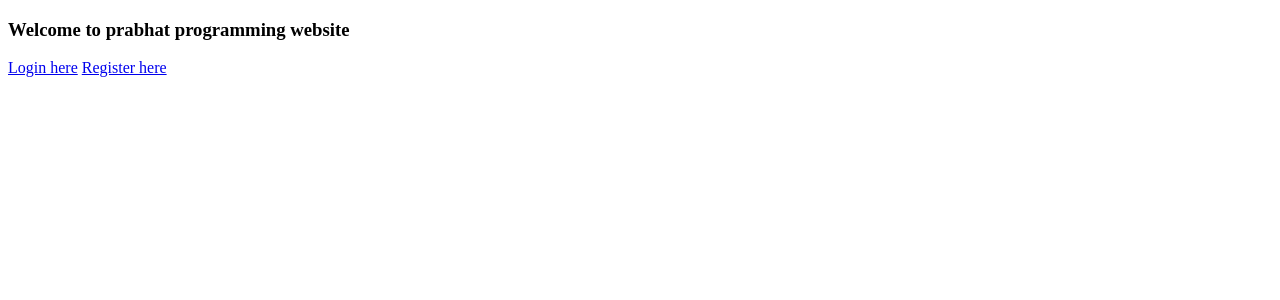
Repository: Prabhat-pandey31/Spring1
Page: MVCDesignPattern/src/main/webapp/index.html
The author's editor kept a copy of each file at every save. The page is drawn from the files as they stood at one save, then again after the next save.
The browser window is 1280 px wide. The pictures show the whole page.

Above is the page before, as saved 2024-06-03 05:42:33.

### MVCDesignPattern/src/main/webapp/index.html
<!DOCTYPE html>
<html>
<head>
<meta charset="UTF-8">
<title>Insert title here</title>
</head>
<body>

<h3>Welcome to prabhat programming website</h3>

<a href="login.html">Login here</a>
<a href="register.html">Register here</a>


</body>
</html>

After the next save:
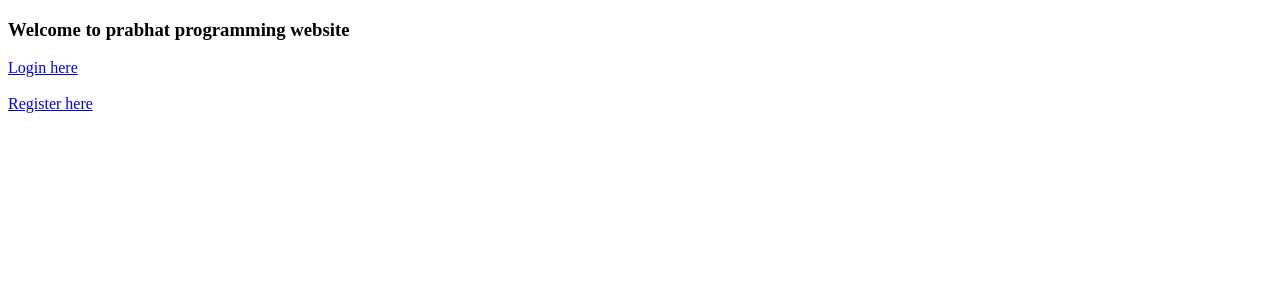
Saved 80 s later.
--- a/MVCDesignPattern/src/main/webapp/index.html
+++ b/MVCDesignPattern/src/main/webapp/index.html
@@ -8,7 +8,7 @@
 
 <h3>Welcome to prabhat programming website</h3>
 
-<a href="login.html">Login here</a>
+<a href="login.html">Login here</a> <br> <br>
 <a href="register.html">Register here</a>
 
 
